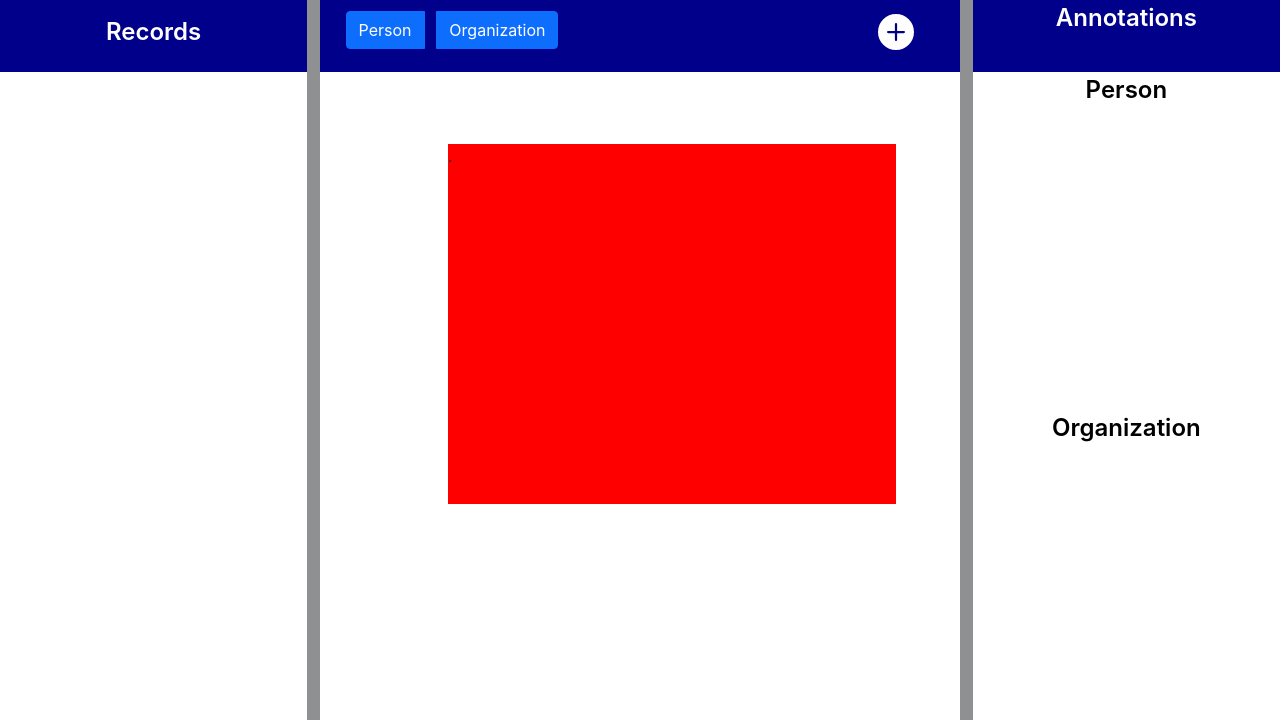
Repository: napan24/classforma_assignment
Page: / (app in client/)
An editor plug-in stored every save of this project. The page is shown before and after the next save, followed by the edit.
The browser window is 1280 px wide. The pictures show the whole page.
The project was rebuilt for these pictures with package versions that can differ from the ones it lists, and the page was loaded fresh each time. Also part of the build but not shown: client/src/App.css.

Above is the page before, as saved 2022-07-20 16:38:34.

### client/public/index.html
<!DOCTYPE html>
<html lang="en">
  <head>
    <meta charset="utf-8" />
    <link rel="icon" href="%PUBLIC_URL%/favicon.ico" />
    <meta name="viewport" content="width=device-width, initial-scale=1" />
    <meta name="theme-color" content="#000000" />
    <meta
      name="description"
      content="Web site created using create-react-app"
    />
    <link href="https://cdn.jsdelivr.net/npm/bootstrap@5.1.3/dist/css/bootstrap.min.css" rel="stylesheet" integrity="sha384-1BmE4kWBq78iYhFldvKuhfTAU6auU8tT94WrHftjDbrCEXSU1oBoqyl2QvZ6jIW3" crossorigin="anonymous">
    <link rel="apple-touch-icon" href="%PUBLIC_URL%/logo192.png" />
    <!--
      manifest.json provides metadata used when your web app is installed on a
      user's mobile device or desktop. See https://developers.google.com/web/fundamentals/web-app-manifest/
    -->
    <link rel="manifest" href="%PUBLIC_URL%/manifest.json" />
    <!--
      Notice the use of %PUBLIC_URL% in the tags above.
      It will be replaced with the URL of the `public` folder during the build.
      Only files inside the `public` folder can be referenced from the HTML.

      Unlike "/favicon.ico" or "favicon.ico", "%PUBLIC_URL%/favicon.ico" will
      work correctly both with client-side routing and a non-root public URL.
      Learn how to configure a non-root public URL by running `npm run build`.
    -->
    <title>React App</title>
  </head>
  <body>
    <noscript>You need to enable JavaScript to run this app.</noscript>
    <div id="root"></div>
    <!--
      This HTML file is a template.
      If you open it directly in the browser, you will see an empty page.

      You can add webfonts, meta tags, or analytics to this file.
      The build step will place the bundled scripts into the <body> tag.

      To begin the development, run `npm start` or `yarn start`.
      To create a production bundle, use `npm run build` or `yarn build`.
    -->
    <script src="https://cdn.jsdelivr.net/npm/bootstrap@5.1.3/dist/js/bootstrap.bundle.min.js" integrity="sha384-ka7Sk0Gln4gmtz2MlQnikT1wXgYsOg+OMhuP+IlRH9sENBO0LRn5q+8nbTov4+1p" crossorigin="anonymous"></script>
  </body>
</html>

### client/src/App.js
import logo from './logo.svg';
import './App.css';
import Home from './Home';

function App() {
  return (
    <>
      <Home></Home>
    </>
  );
}

export default App;

### client/src/Home.js
'strict origin'
import React, { useState, useEffect } from 'react'
const Home = () => {
    const [textField, setTextField] = useState();
    const [person, setPerson] = useState();
    const [place, setPlace] = useState();
    const [personName, setPersonName] = useState(['']);
    const [placeName, setPlaceName] = useState(['']);
    useEffect(() => {
        if (textField) {
            trending();
        }
    }, [textField])
    const trending = async () => {
        const res = await fetch("/", {
            method: 'POST',
            headers: {
                "Content-Type": "application/json"
            },
            body: JSON.stringify({ textField })
        });
        const result = await res.json();
        console.log(result);
        setPerson(result.filter((arr) => arr.type == 'Person'));
        setPlace(result.filter((arr) => arr.type[0] == 'Place'||arr.type[0] == 'PopulatedPlace'||arr.type[0] == 'Settlement'||arr.type[0] == 'City'));
    };
    useEffect(() => {
        setPersonName(['']);
        if (person) {
            person.forEach(function (arrayItem) {
                setPersonName(curr => [...curr, arrayItem.entityId]);
            });
        }
    }, [person])
    useEffect(() => {
        setPlaceName(['']);
        if (place) {
            console.log(place);
            place.forEach(function (arrayItem) {
                setPlaceName(curr => [...curr, arrayItem.entityId]);
            });
        }
    }, [place])
    const showFile = async (e) => {
        e.preventDefault()
        const reader = new FileReader()
        reader.onload = async (e) => {
            const text = (e.target.result)
            setTextField(text);
        };
        reader.readAsText(e.target.files[0])
    }
    function replace(e) {
        var data = e.currentTarget.parentElement.querySelector('.userName').innerHTML;
        setTextField(textField.replace(data, ''));
    }
    return (
        <>
        <div style={{height:"50vh",width:"35vw",backgroundColor:"red",position:"absolute",zIndex:'2',left:"35%",top:"20%"}}>
            .
        </div>
            <div style={{ display: 'flex', width: "100vw", height: "100vh", backgroundColor: "#8f9091", overflow: "hidden" }}>
                <div style={{ width: "24vw", height: "100vh", backgroundColor: "white", marginRight: "1vw" }}>
                    <div style={{ width: "24vw", height: "10vh", backgroundColor: "#00008b", textAlign: 'center', fontSize: '150%', color: "white", fontWeight: "600", position: "fixed" }}>
                        <p style={{ marginTop: "2vh" }}>
                            Records
                        </p>
                    </div>
                    <div>

                    </div>
                </div>
                <div style={{ width: "50vw", height: "100vh", backgroundColor: "white", marginRight: "1vw", overflowY: "unset" }}>
                    <div style={{ width: "50vw", height: "10vh", backgroundColor: "#00008b", position: 'relative', overflowY: 'hidden' }}>
                        <div class="btn-group" style={{ marginTop: "1.5vh", marginLeft: "2vw" }}>
                            <button type="button" class="btn btn-primary" style={{ marginRight: "1vw" }}>Person</button>
                            <button type="button" class="btn btn-primary">Organization</button>
                        </div>
                        <label for="file">
                            <svg style={{ width: "20%", height: "50%", position: "absolute", right: "0", top: "2vh", color: "white" }} xmlns="http://www.w3.org/2000/svg" fill="currentColor" class="bi bi-plus-circle-fill" viewBox="0 0 16 16">
                                <path d="M16 8A8 8 0 1 1 0 8a8 8 0 0 1 16 0zM8.5 4.5a.5.5 0 0 0-1 0v3h-3a.5.5 0 0 0 0 1h3v3a.5.5 0 0 0 1 0v-3h3a.5.5 0 0 0 0-1h-3v-3z" />
                            </svg>
                        </label>
                        <input type="file" id="file" onChange={(e) => showFile(e)} style={{ display: "none" }} />
                    </div>
                    <div style={{ width: "48vw", height: "85vh", marginLeft: "2vw", marginTop: "5vh", overflowY: "scroll" }}>
                        {textField}
                    </div>
                </div>
                <div style={{ width: "24vw", height: "100vh", backgroundColor: "white" }}>
                    <div style={{ width: "24vw", height: "10vh", backgroundColor: "#00008b", textAlign: 'center', fontSize: '150%', color: "white", fontWeight: "600" }}>
                        <p>
                            Annotations
                        </p>
                    </div>
                    <div style={{ width: "24vw", height: "5vh", backgroundColor: "white", textAlign: 'center', fontSize: '150%', color: "black", fontWeight: "600",marginBottom:"2vh" }}>
                        <p>
                            Person
                        </p>
                    </div>
                    <div style={{ maxWidth: "24vw", height: "40vh", backgroundColor: "white", textAlign: 'center', fontSize: '150%', color: "black", fontWeight: "600", zIndex: "2", overflowY: "scroll", overflowX: "hidden" }}>
                        {personName && personName.map((user) => (
                            user.length > 0 && <div style={{ width: "24vw", color: "black", height: "3vh", fontSize: "2vh", position: 'relative', borderBottom: '1px solid black' }}>
                                <span className='userName' style={{ width: "12vw" }}>
                                    {user}
                                </span>
                                <svg onClick={(e) => { replace(e) }} style={{ width: "3.5vw", height: "3.5vh", position: 'absolute', right: "0vw", top: "0vh" }} xmlns="http://www.w3.org/2000/svg" style={{ height: "3vh", width: "2vw", color: 'red' }} fill="currentColor" class="bi bi-x" viewBox="0 0 16 16">
                                    <path d="M4.646 4.646a.5.5 0 0 1 .708 0L8 7.293l2.646-2.647a.5.5 0 0 1 .708.708L8.707 8l2.647 2.646a.5.5 0 0 1-.708.708L8 8.707l-2.646 2.647a.5.5 0 0 1-.708-.708L7.293 8 4.646 5.354a.5.5 0 0 1 0-.708z" />
                                </svg>
                            </div>
                        ))}
                    </div>
                    <div style={{ width: "24vw", height: "5vh", backgroundColor: "white", textAlign: 'center', fontSize: '150%', color: "black", fontWeight: "600",marginBottom:"2vh" }}>
                        <p>
                            Organization
                        </p>
                    </div>
                    <div style={{ width: "24vw", height: "40vh", backgroundColor: "white", textAlign: 'center', fontSize: '150%', color: "black", fontWeight: "600", overflowY: "scroll" }}>
                        {placeName && placeName.map((user) => (
                            user.length > 0 && <div style={{ width: "24vw", color: "black", height: "3vh", fontSize: "2vh", position: 'relative', borderBottom: '1px solid black' }}>
                                <span className='userName' style={{ width: "12vw" }}>
                                    {user}
                                </span>
                                <svg onClick={(e) => { replace(e) }} style={{ width: "3.5vw", height: "3.5vh", position: 'absolute', right: "0vw", top: "0vh" }} xmlns="http://www.w3.org/2000/svg" style={{ height: "3vh", width: "2vw", color: 'red' }} fill="currentColor" class="bi bi-x" viewBox="0 0 16 16">
                                    <path d="M4.646 4.646a.5.5 0 0 1 .708 0L8 7.293l2.646-2.647a.5.5 0 0 1 .708.708L8.707 8l2.647 2.646a.5.5 0 0 1-.708.708L8 8.707l-2.646 2.647a.5.5 0 0 1-.708-.708L7.293 8 4.646 5.354a.5.5 0 0 1 0-.708z" />
                                </svg>
                            </div>
                        ))}
                    </div>
                </div>
            </div>
        </>
    )
}

export default Home

Loaded but not shown: client/src/index.js (common file); client/src/index.css (common file); client/src/reportWebVitals.js (common file)

After the next save:
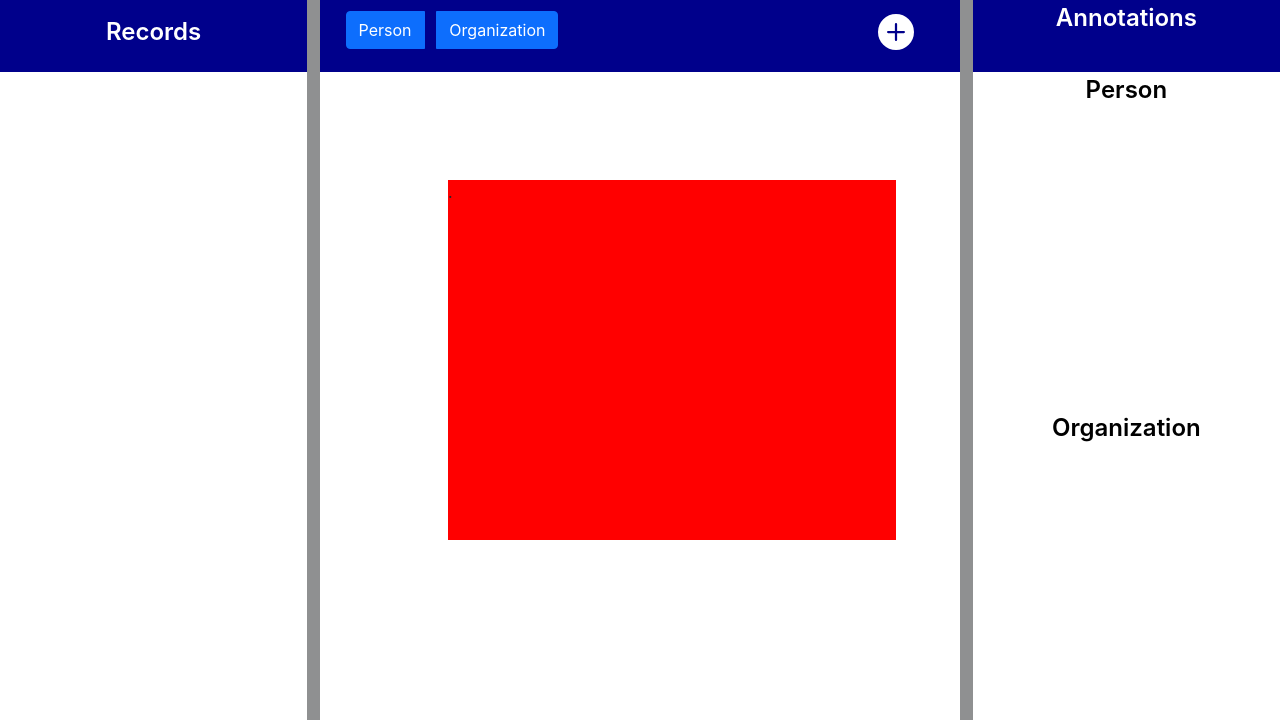
Saved 4 s later.
--- a/client/src/Home.js
+++ b/client/src/Home.js
@@ -56,7 +56,7 @@ const Home = () => {
     }
     return (
         <>
-        <div style={{height:"50vh",width:"35vw",backgroundColor:"red",position:"absolute",zIndex:'2',left:"35%",top:"20%"}}>
+        <div style={{height:"50vh",width:"35vw",backgroundColor:"red",position:"absolute",zIndex:'2',left:"35%",top:"25%"}}>
             .
         </div>
             <div style={{ display: 'flex', width: "100vw", height: "100vh", backgroundColor: "#8f9091", overflow: "hidden" }}>
